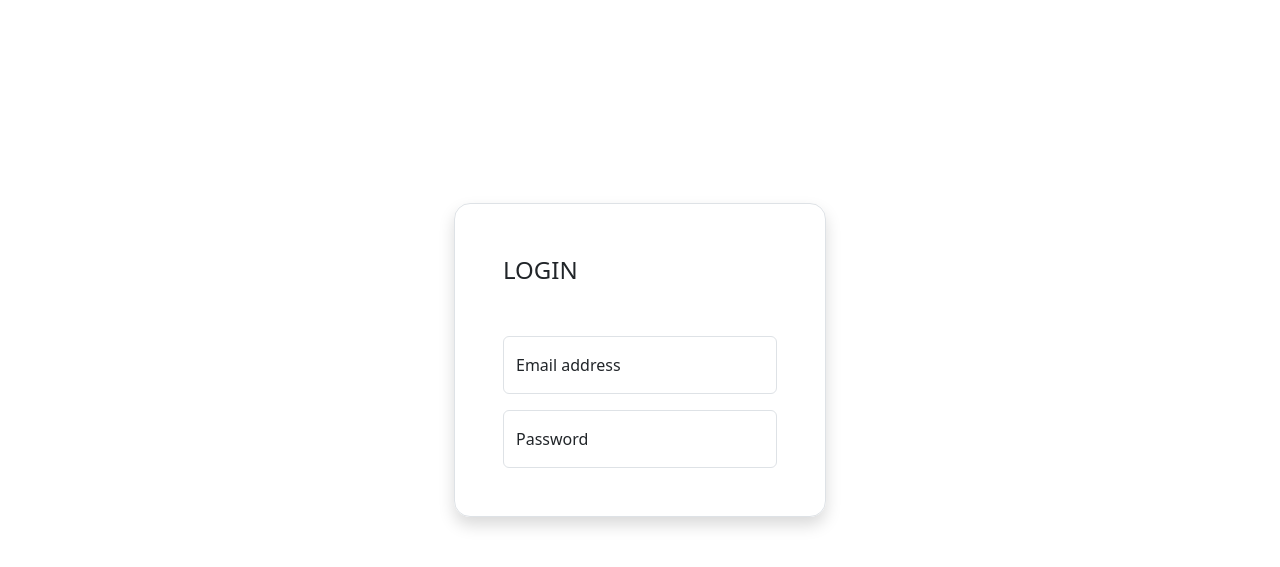
Repository: jaevoy2/lara_demo
Page: http://localhost/
An editor plug-in stored every save of this project. The page is shown before and after the next save, followed by the edit.
The browser window is 1280 px wide. The pictures show the whole page.
The page is served by the project's Laravel application, run on PHP 8.4 with Laravel 12.

Above is the page before, as saved 2026-07-06 22:53:25.

After the next save:
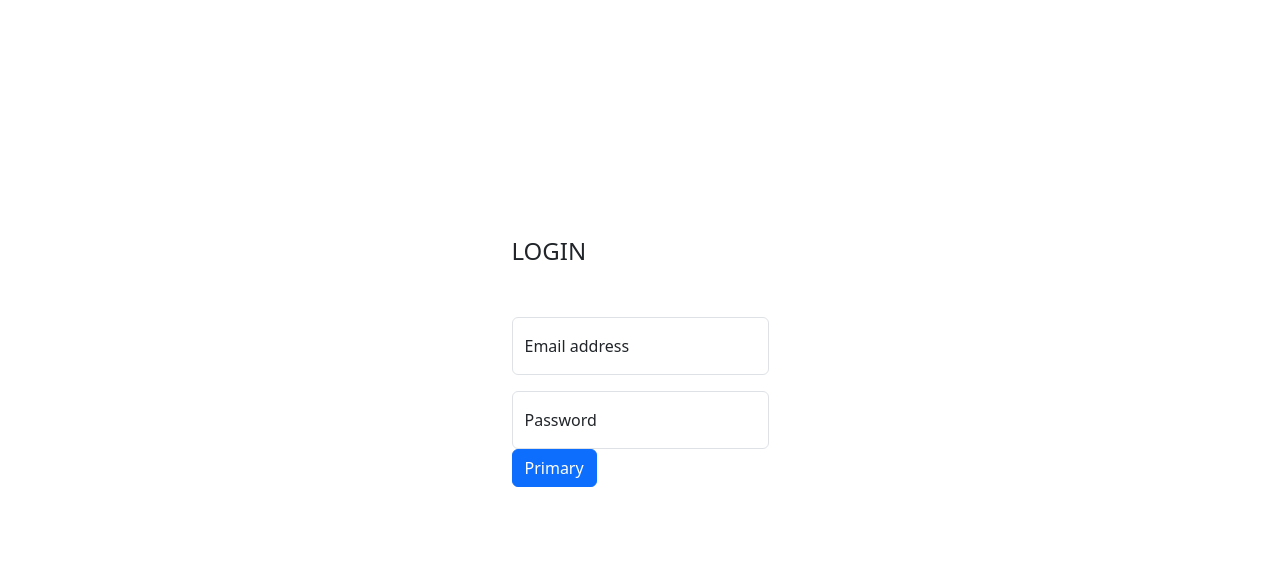
Saved 75 s later.
--- a/resources/views/login.blade.php
+++ b/resources/views/login.blade.php
@@ -2,7 +2,7 @@
 
 @section('content')
     <div class="container d-flex flex-column justify-content-center align-items-center vh-100">
-        <div class="container d-flex flex-column justify-content-center col-4 p-5 border rounded shadow rounded-4">
+        <div class="login_card loginForm">
             <p class="mb-5 fs-4">LOGIN</p>
             <div class="form-floating mb-3">
                 <input type="email" class="form-control" id="floatingInput" placeholder="name@example.com">
@@ -12,6 +12,7 @@
                 <input type="password" class="form-control" id="floatingPassword" placeholder="Password">
                 <label for="floatingPassword">Password</label>
             </div>
+            <button type="button" class="btn btn-primary">Primary</button>
         </div>
     </div>
 
